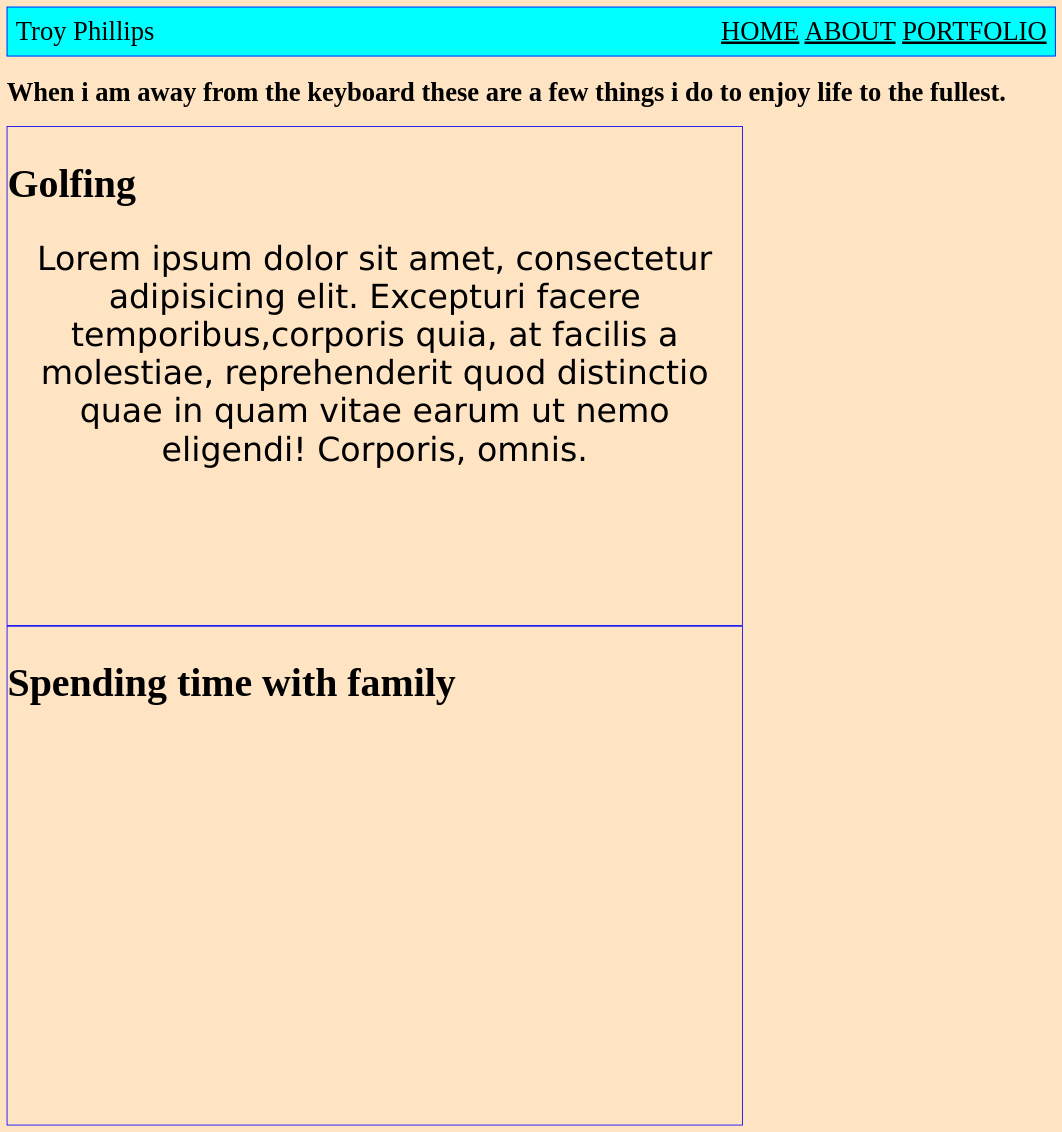
Repository: TheTroyPhillips/Personal-website
Page: about.html
These files come from the project's save history. The page is drawn as it stood at one moment and after a run of saves; the edit follows.
The browser window is 1280 px wide. The pictures show the whole page, at 83% of full size.

Above is the page before, as saved 2023-09-10 22:26:07.

After the next 5 saves:
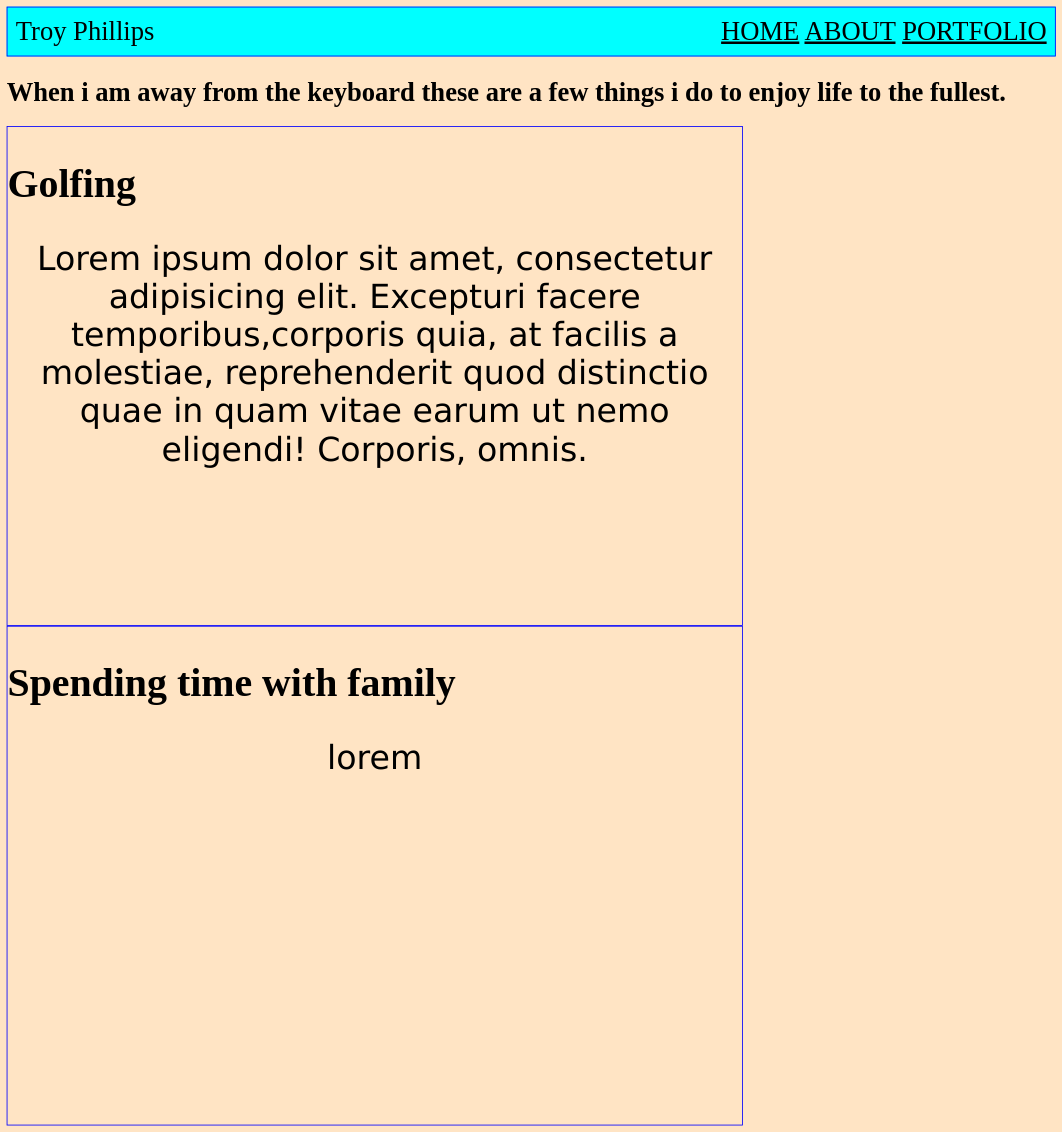
The 5 saves are shown as one change because they came seconds apart.
The last was saved 15 s later.
--- a/about.html
+++ b/about.html
@@ -27,6 +27,7 @@
          <div class="childb">
             <section>
                 <h2>Spending time with family</h2>
+                <p class="pa">lorem</p>
             </section>
          </div>
 </body>
